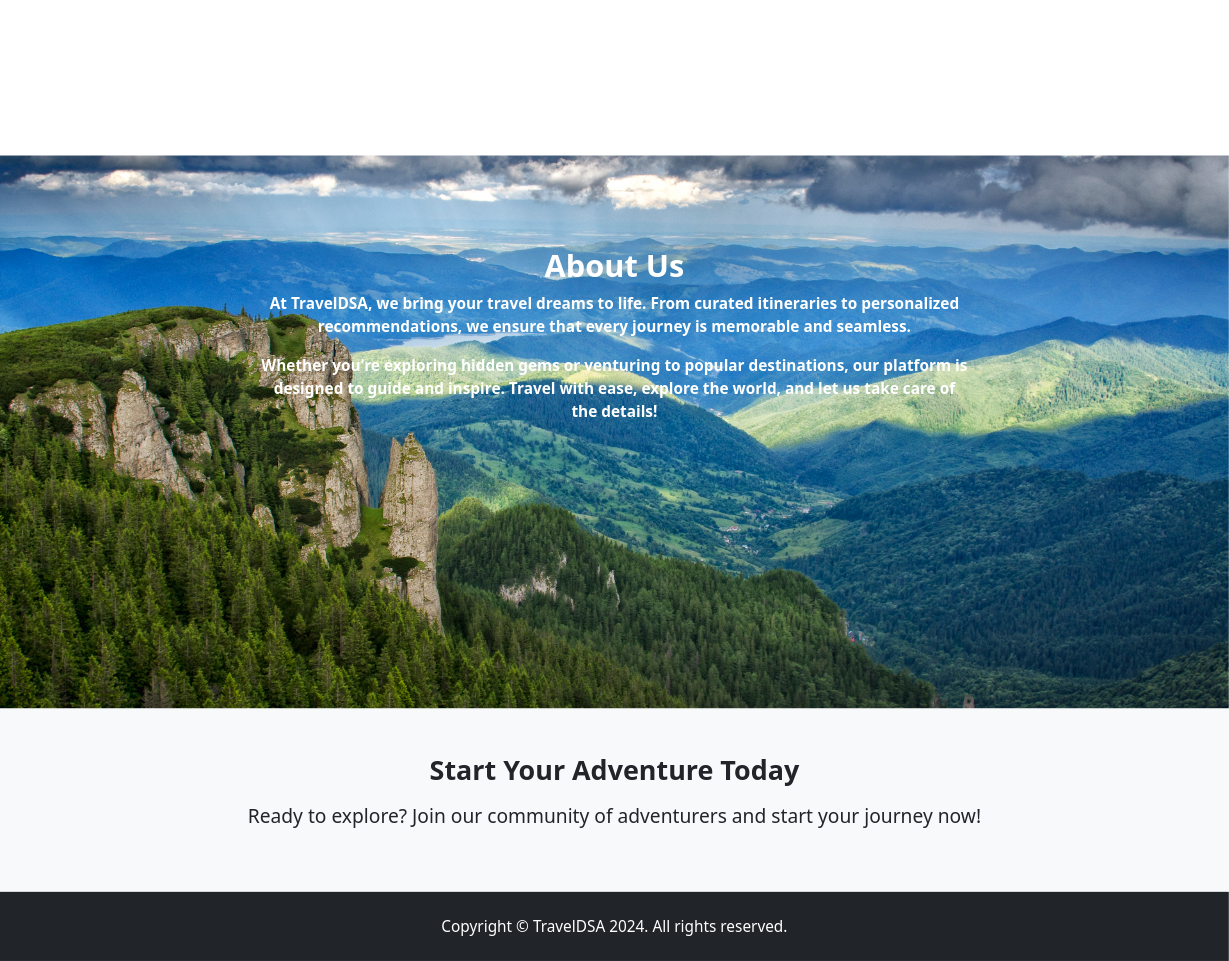
Repository: bettowww/TravelDSA
Page: /home
The author's editor kept a copy of each file at every save. The page is drawn from the files as they stood at one save, then again after the next save.
The browser window is 1280 px wide. The pictures show the whole page, at 96% of full size.
The project was rebuilt for these pictures with package versions that can differ from the ones it lists, and the page was loaded fresh each time. The framework's server and built-in components were replaced by stand-ins that run in the browser. Also part of the build but not shown: next.config.mjs.

Above is the page before, as saved 2024-12-10 13:56:22.

### app/home/page.jsx
"use client";

// import React, { useState } from "react";
// import { useRouter } from "next/navigation";

import "../../styles/home.css"; // Importă stilurile CSS
import "bootstrap/dist/css/bootstrap.min.css"; // Import Bootstrap CSS

const HomePage = () => {
  // const router = useRouter(); // Pentru navigare

  return (
    <div>
      {/* Header Section */}
      <header>
        <div className="text-center my-5">

          <h1 className="text-white fs-3 fw-bolder">Welcome to TravelDSA</h1>
          <p className="text-white-50 mb-0">
            Your trusted travel companion for exploring the world.
          </p>
        </div>
      </header>

      {/* About Us Section */}
      <section
        className="py-5 about-us-section"
        style={{
          backgroundImage: `url("/pictures/homepage.jpg")`,
          backgroundSize: "cover",
          backgroundPosition: "center",
          backgroundRepeat: "no-repeat",
          color: "#fff",
          padding: "80px 20px", // Increase padding for larger content area
          minHeight: "80vh", // Ensure the section spans at least the full height of the viewport
        }}
      >
        <div className="container my-5">
          <div className="row justify-content-center">
            <div className="col-lg-8 text-center">
              <h2 className="fw-bold">About Us</h2>
              <p className="fw-bold">
                At TravelDSA, we bring your travel dreams to life. From curated
                itineraries to personalized recommendations, we ensure that
                every journey is memorable and seamless.
              </p>
              <p className="fw-bold">
                Whether you're exploring hidden gems or venturing to popular
                destinations, our platform is designed to guide and inspire.
                Travel with ease, explore the world, and let us take care of the
                details!
              </p>
            </div>
          </div>
        </div>
      </section>


      {/* Call to Action Section */}
      <section className="py-5 bg-light">
        <div className="container text-center">
          <h3 className="fw-bold mb-3">Start Your Adventure Today</h3>
          <p className="lead">
            Ready to explore? Join our community of adventurers and start your
            journey now!
          </p>
        </div>
      </section>

      {/* Footer */}
      <footer className="py-4 bg-dark">
        <div className="container">
          <p className="m-0 text-center text-white">
            Copyright &copy; TravelDSA 2024. All rights reserved.
          </p>
        </div>
      </footer>
    </div>
  );
};

export default HomePage;

Loaded but not shown: styles/home.css (library)

After the next save:
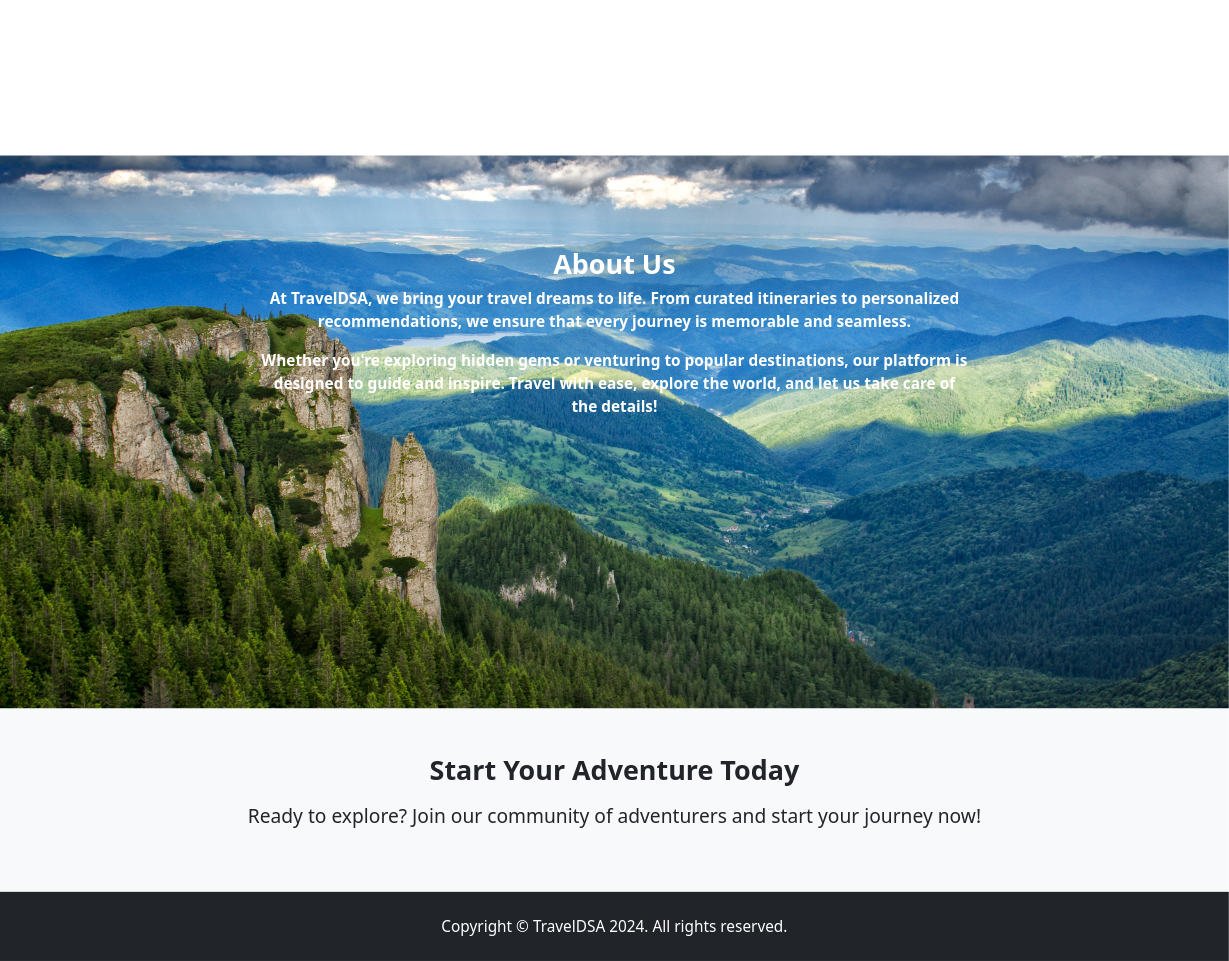
Saved 19 s later.
--- a/app/home/page.jsx
+++ b/app/home/page.jsx
@@ -38,7 +38,7 @@ const HomePage = () => {
         <div className="container my-5">
           <div className="row justify-content-center">
             <div className="col-lg-8 text-center">
-              <h2 className="fw-bold">About Us</h2>
+              <h2 className="text-white fs-3 fw-bolder">About Us</h2>
               <p className="fw-bold">
                 At TravelDSA, we bring your travel dreams to life. From curated
                 itineraries to personalized recommendations, we ensure that
